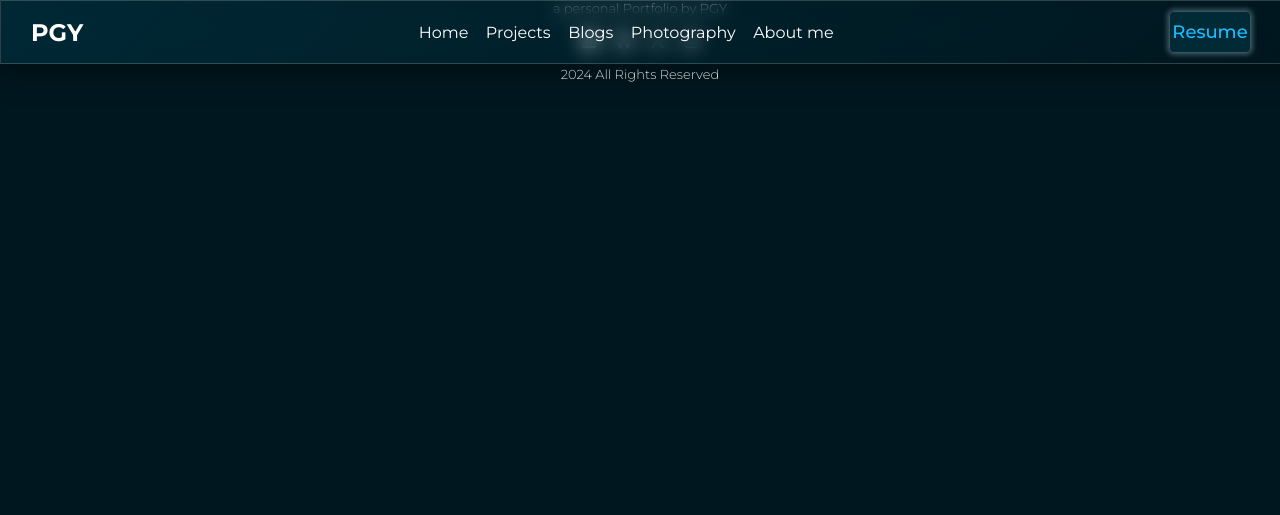
Repository: pgyunknown/pgyunknown
Page: photography.html
These files come from the project's save history. The page is drawn as it stood at one moment and after the next save; the edit follows.
The browser window is 1280 px wide. The pictures show the whole page.
Some web libraries are served in a nearby version.

Above is the page before, as saved 2024-08-22 10:39:20.

### photography.html
<!DOCTYPE html>
<html lang="en">
<head>
    <meta charset="UTF-8">
    <meta name="viewport" content="width=device-width, initial-scale=1.0">
    <title>Personal portfolio</title>
    <link rel="stylesheet" href="index.css">
    <link rel="preconnect" href="https://fonts.googleapis.com">
<link rel="preconnect" href="https://fonts.gstatic.com" crossorigin>
<link href="https://fonts.googleapis.com/css2?family=Libre+Baskerville:ital,wght@0,400;0,700;1,400&family=Montserrat:ital,wght@0,100..900;1,100..900&family=Titillium+Web:ital,wght@0,200;0,300;0,400;0,600;0,700;0,900;1,200;1,300;1,400;1,600;1,700&display=swap" rel="stylesheet">
<link rel="stylesheet" href="https://cdnjs.cloudflare.com/ajax/libs/font-awesome/6.6.0/css/all.min.css" integrity="sha512-Kc323vGBEqzTmouAECnVceyQqyqdsSiqLQISBL29aUW4U/M7pSPA/gEUZQqv1cwx4OnYxTxve5UMg5GT6L4JJg==" crossorigin="anonymous" referrerpolicy="no-referrer" />
</head>
<body>

    <header>
        <div class="pgy_con">
                <div class="pgy"><a href="#">PGY</a></div>
        </div>
        <nav>
                <div class="nav_bar">
                <a href="#" id="home">Home</a>
                <a href="#"id="projects">Projects</a>
                <a href="blog.html"id="blogs">Blogs</a>
                <a href="#"id="photo">Photography</a>
                <a href="#"id="About">About me</a>
                </div>
            </nav>
        <div class="resume_con">
                <button onclick="alert('Resume yet to be uploaded')">Resume</button>
        </div>
    </header>
<footer>
        <div class="footer_port">a personal Portfolio by PGY</div>
        <div class="footer_icons">
            <a href="https://www.linkedin.com/in/p-gokul-yadav-82548a295?utm_source=share&utm_campaign=share_via&utm_content=profile&utm_medium=android_app" alt="Gokul's linkedin profile" target="_blank"><i class="fa-brands fa-linkedin"></i></a>
            <a href="https://github.com/pgyunknown" alt="Gokul Github profile" target="_blank" alt="Gokul's Github profile" ><i class="fa-brands fa-github"></i></a>
            <a href=" https://x.com/cody_hunk?t=EkARfGCWhhBT_BHbby4DGw&s=08 " target="_blank" alt="Gokul's X profile" ><i class="fa-brands fa-x" ></i></a>
            <a href="#" target="_blank" alt="Gokul's fa-instagram profile" ><i class="fa-brands fa-instagram" ></i></a>
        </div>
        <div class="copyrights">2024 All Rights Reserved</div>
    </footer>

<main>

</main>

</body>
</html>

### index.css
*{margin: 0px;
    padding: 0px;
}
body{
    background-color: #00171F;
    color: white;
    box-sizing: border-box;


}
a{
    text-decoration: none;
    color: inherit;
}

header{
    display: flex;
    justify-content: space-between;
    align-items: center;
    padding: 10px;
    /* Glassy effect */
    background: linear-gradient(135deg, rgba(0, 200, 255, 0.1), rgba(255, 255, 255, 0));
    backdrop-filter: blur(10px);
    -webkit-backdrop-filter: blur(10px);
    border:1px solid rgba(255, 255, 255, 0.18);
    box-shadow: 0 8px 32px 0 rgba(0, 0, 0, 0.37);

    overflow: hidden;
    position: fixed; /* Set the navbar to fixed position */
    top: 0; /* Position the navbar at the top of the page */
    width: 100%;
}

.pgy_con
{
    margin-left: 20px;
    font-family: "Montserrat", sans-serif;
    font-optical-sizing: auto;
    font-size: x-large;
    font-weight: 700;
    font-style: normal;
    align-items: end;

}

.pgy_con .pgy a{
    text-decoration: none;
}
.nav_bar {
        /* height: 50px; */
    width: 500px;
    display: flex;
    justify-content: space-evenly;

    transition-property: all;
    transition-timing-function: ease-in-out;
    transition-delay: 1s;


}

.nav_bar a{
    box-sizing: border-box;
    font-family: "Montserrat", sans-serif;
    font-optical-sizing: auto;
    font-weight: 400;
    font-style: normal
    text-decoration: none;
    justify-content: space-around;
    align-items: center;
    padding-top:10px;
    padding-bottom :10px;
    /* padding-right:10px ;
    padding-left:10px ; */
}

.nav_bar a:hover{
    color: #FFC107;
    text-shadow: #FFC107 0px 0px  1px;
    border-bottom: 0.5px solid #FFC107;


}


.resume_con {
    display: flex;
    justify-content: center;
    margin-right: 20px;
    background-color: #00171F;
    margin-right: 40px;
}
.resume_con button{
    background-color:rgba(0, 200, 255, 0.1);
    box-sizing: content-box;
    height: 2.5rem;
    width: 5rem;
    font-family: "Montserrat", sans-serif;
    font-optical-sizing: auto;
    font-size: large;
    font-weight: 500;
    font-style: normal;
    color: #1ABEFF;
    border: 0.0001px solid #3c555f;
    border-radius: 0.3rem;
    box-shadow: 0px 0px 5px 2px #3c555f;

}



main{
    display: flex;
    justify-content:space-around;
    align-items: center;
    padding: 4.6rem;
    margin: 3.4rem;
}
.contianer img{
    display: flex;
    justify-content: center;
    height: 500px;
    width:400px;
    border-radius:10px;
    border: 1px solid #2792bd;
    box-shadow: 0px 0px 35px 1px #2792bd;

}

.text_intro{
    display: flex;
    justify-content: space-around;
    flex-direction:column;
    font-family: "Montserrat", sans-serif;
    font-optical-sizing: auto;
    font-size: x-large;
    font-weight: 500;
    font-style: normal;
    align-items: start;

}

.intro {
  color:;
}
.title {
    color: #00C8FF;
}
.description {

  font-size: 24px;
  color: #FFC107;
}

.description span{
    font-size: 24px;
}

footer{
    display: flex;
    flex-direction:column;
    justify-content: space-evenly;
    align-items: center;
    margin-bottom: 20px;

    font-family: "Montserrat", sans-serif;
    font-optical-sizing: auto;
    font-size: small;
    font-weight: 300;
    font-style: normal;
}

.footer_icons{
    display: flex;
    justify-content: center;
    align-items: center;
    width: 50px;
    height: 50px;
}



.copyrights{
    display: flex;
    justify-content: center;
    align-items: center;
}

.footer_icons a{
font-size: medium;
padding: 10px;
width: 50px;
height: 50px;
display: flex;
justify-content: center;
align-items: center;

}

@media (min-width:720px) {
    main {
        flex-direction: row;
        padding: 1rem;
        margin: 10rem;
    }

    .container img {
        height: 200px;
        width: 200px;
    }

    .text_intro {
        margin-left: 50px;
    }

    .nav_bar {
        width: 450px;
    }
}

After the next save:
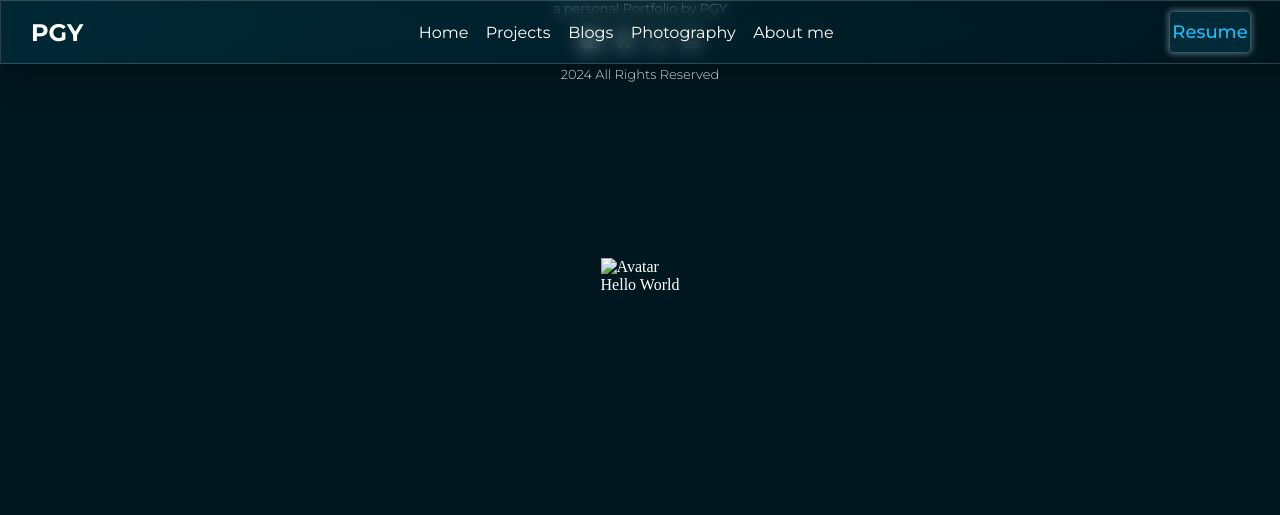
Not found: img_avatar.png
Saved 13 s later.
--- a/photography.html
+++ b/photography.html
@@ -41,7 +41,12 @@
     </footer>
 
 <main>
-
+  <div class="container">
+  <img src="img_avatar.png" alt="Avatar" class="image">
+  <div class="overlay">
+    <div class="text">Hello World</div>
+  </div>
+</div>
 </main>
 
 </body>

After the 2 saves that followed:
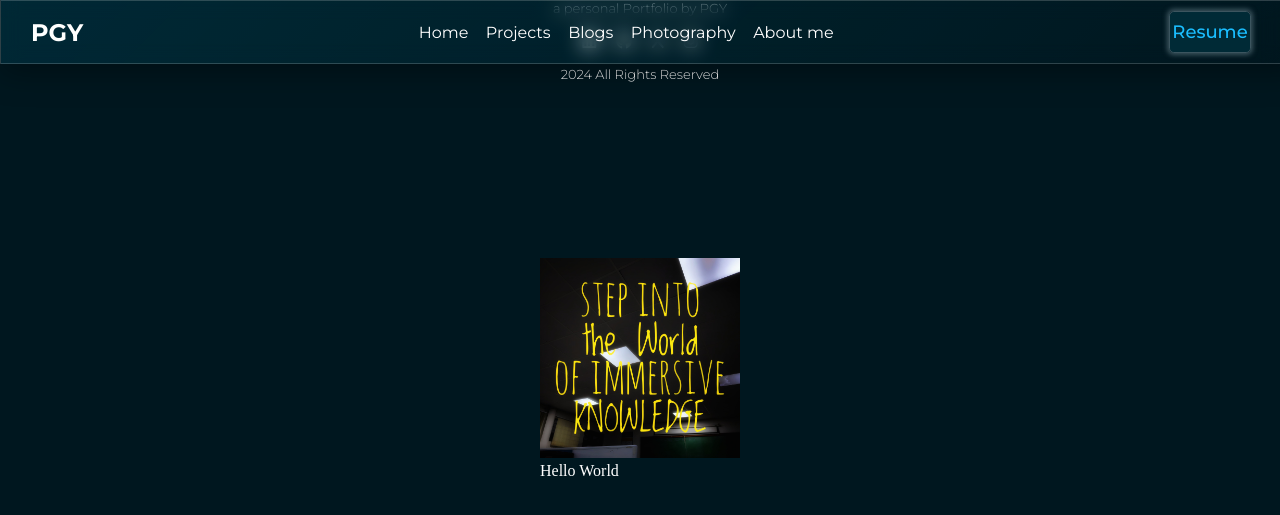
The 2 saves are shown as one change because 1 left the picture as it was.
The last was saved 10 s later.
--- a/photography.html
+++ b/photography.html
@@ -42,7 +42,7 @@
 
 <main>
   <div class="container">
-  <img src="img_avatar.png" alt="Avatar" class="image">
+  <img src="imgs/professional.jpg" alt="Avatar" class="image">
   <div class="overlay">
     <div class="text">Hello World</div>
   </div>
